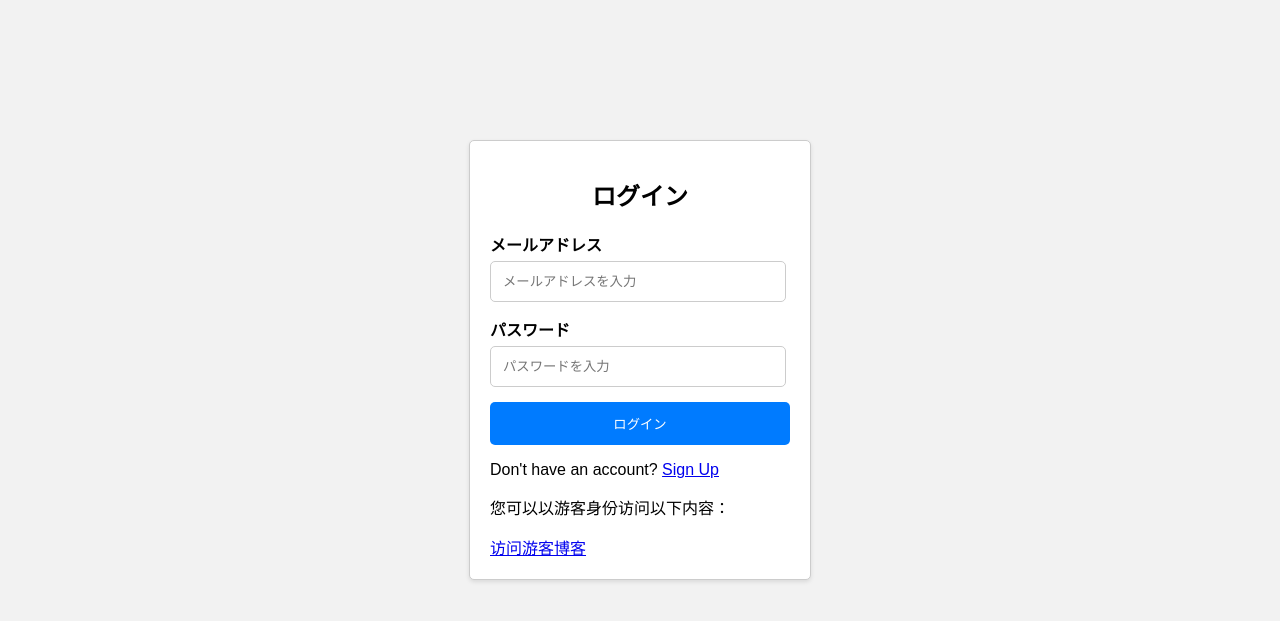
Repository: Jutta197/blog_0815
Page: src/main/resources/static/admin_login.html
The author's editor kept a copy of each file at every save. The page is drawn from the files as they stood at one save, then again after the next save.
The browser window is 1280 px wide. The pictures show the whole page.

Above is the page before, as saved 2023-08-15 12:30:18.

### src/main/resources/static/admin_login.html
<!DOCTYPE html>
<html lang="ja">

<head>
    <meta charset="UTF-8">
    <meta name="viewport" content="width=device-width, initial-scale=1.0">
    <title>ログイン</title>
    <link rel="stylesheet" href="login.css">
</head>

<body>
    <div class="container">
        <form action="" method="post">
            <h1>ログイン</h1>
            <label for="email">メールアドレス</label>
            <input type="text" id="email" name="email" placeholder="メールアドレスを入力" required>
            <label for="password">パスワード</label>
            <input type="password" id="password" name="password" placeholder="パスワードを入力">
            <input type="submit" value="ログイン" id="submit-button">
        </form>
        <div>
            <p class="mb-0">Don't have an account? <a href="#!" class="text-white-50 fw-bold">Sign Up</a>
            </p>
        </div>
        <div>
            <p>您可以以游客身份访问以下内容：</p>
            <a href="/guest-blog">访问游客博客</a>
        </div>
    </div>
</body>

</html>

### src/main/resources/static/login.css
body {
    font-family: Arial, sans-serif;
    background-color: #f2f2f2;
    margin: 0;
    padding: 0;
    display: flex;
    justify-content: center;
    align-items: center;
    min-height: 100vh;
}

.container {
    background-color: #fff;
    padding: 20px;
    border-radius: 5px;
    box-shadow: 0 2px 4px rgba(0, 0, 0, 0.1);
    border: 1px solid #ccc;
    width: 300px;
}

.container h1 {
    font-size: 24px;
    margin-bottom: 20px;
    text-align: center;
}

label {
    display: block;
    font-weight: bold;
    margin-bottom: 5px;
}

input[type="text"],
input[type="password"] {
    width: 90%;
    padding: 12px;
    margin-bottom: 15px;
    border: 1px solid #ccc;
    border-radius: 5px;
    outline: none;
    transition: border-color 0.3s;
}

input[type="text"]:focus,
input[type="password"]:focus {
    border-color: #007bff;
}

#submit-button {
    background-color: #007bff;
    color: #fff;
    border: none;
    padding: 12px 20px;
    border-radius: 5px;
    cursor: pointer;
    width: 100%;
    transition: background-color 0.3s;
}

#submit-button:hover {
    background-color: #0056b3;
}

After the next save:
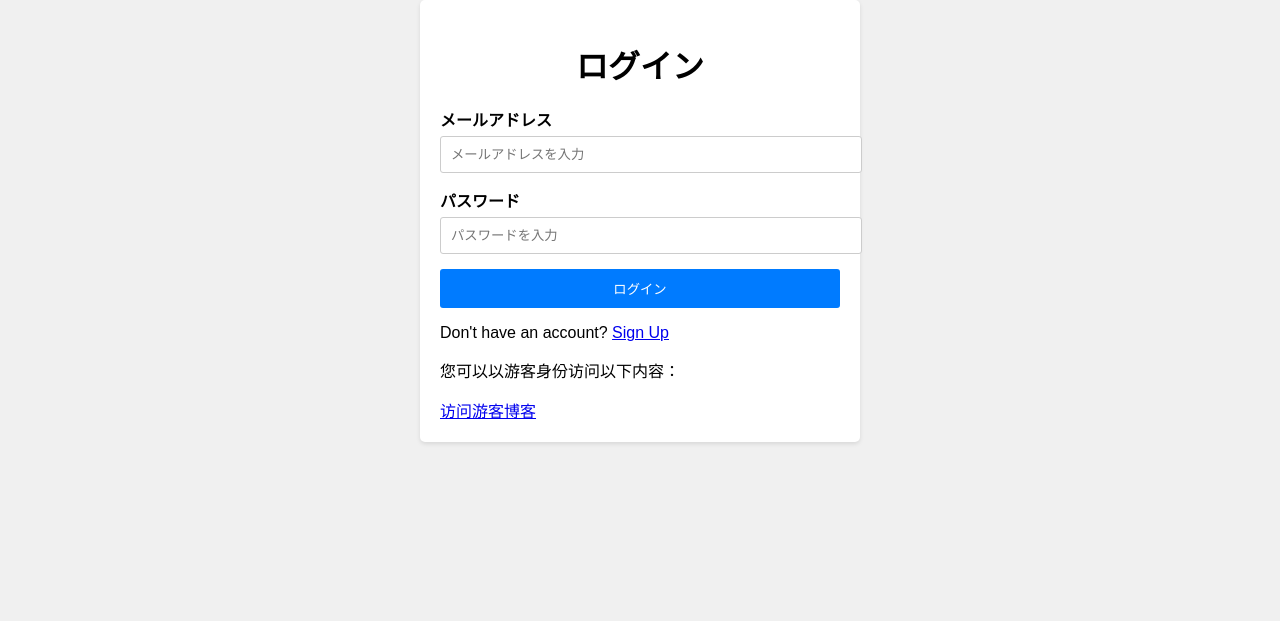
Saved 6 min 45 s later.
--- a/src/main/resources/static/login.css
+++ b/src/main/resources/static/login.css
@@ -1,62 +1,68 @@
 body {
-    font-family: Arial, sans-serif;
-    background-color: #f2f2f2;
     margin: 0;
     padding: 0;
-    display: flex;
-    justify-content: center;
-    align-items: center;
-    min-height: 100vh;
+    background-color: #f0f0f0;
+    font-family: Arial, sans-serif;
 }
 
 .container {
+    max-width: 400px;
+    margin: 0 auto;
+    padding: 20px;
     background-color: #fff;
-    padding: 20px;
     border-radius: 5px;
     box-shadow: 0 2px 4px rgba(0, 0, 0, 0.1);
-    border: 1px solid #ccc;
-    width: 300px;
 }
 
 .container h1 {
-    font-size: 24px;
     margin-bottom: 20px;
     text-align: center;
 }
 
 label {
     display: block;
+    margin-bottom: 5px;
     font-weight: bold;
-    margin-bottom: 5px;
 }
 
 input[type="text"],
 input[type="password"] {
-    width: 90%;
-    padding: 12px;
+    width: 100%;
+    padding: 10px;
     margin-bottom: 15px;
     border: 1px solid #ccc;
-    border-radius: 5px;
-    outline: none;
-    transition: border-color 0.3s;
-}
-
-input[type="text"]:focus,
-input[type="password"]:focus {
-    border-color: #007bff;
+    border-radius: 3px;
 }
 
 #submit-button {
+    display: block;
+    width: 100%;
+    padding: 10px;
     background-color: #007bff;
     color: #fff;
     border: none;
-    padding: 12px 20px;
-    border-radius: 5px;
+    border-radius: 3px;
     cursor: pointer;
-    width: 100%;
-    transition: background-color 0.3s;
+    transition: background-color 0.3s ease;
 }
 
 #submit-button:hover {
     background-color: #0056b3;
 }
+
+.signup-link,
+.guest-access {
+    margin-top: 20px;
+    text-align: center;
+}
+
+.signup-link a,
+.guest-access a {
+    color: #007bff;
+    text-decoration: none;
+}
+
+.signup-link a:hover,
+.guest-access a:hover {
+    text-decoration: underline;
+}
